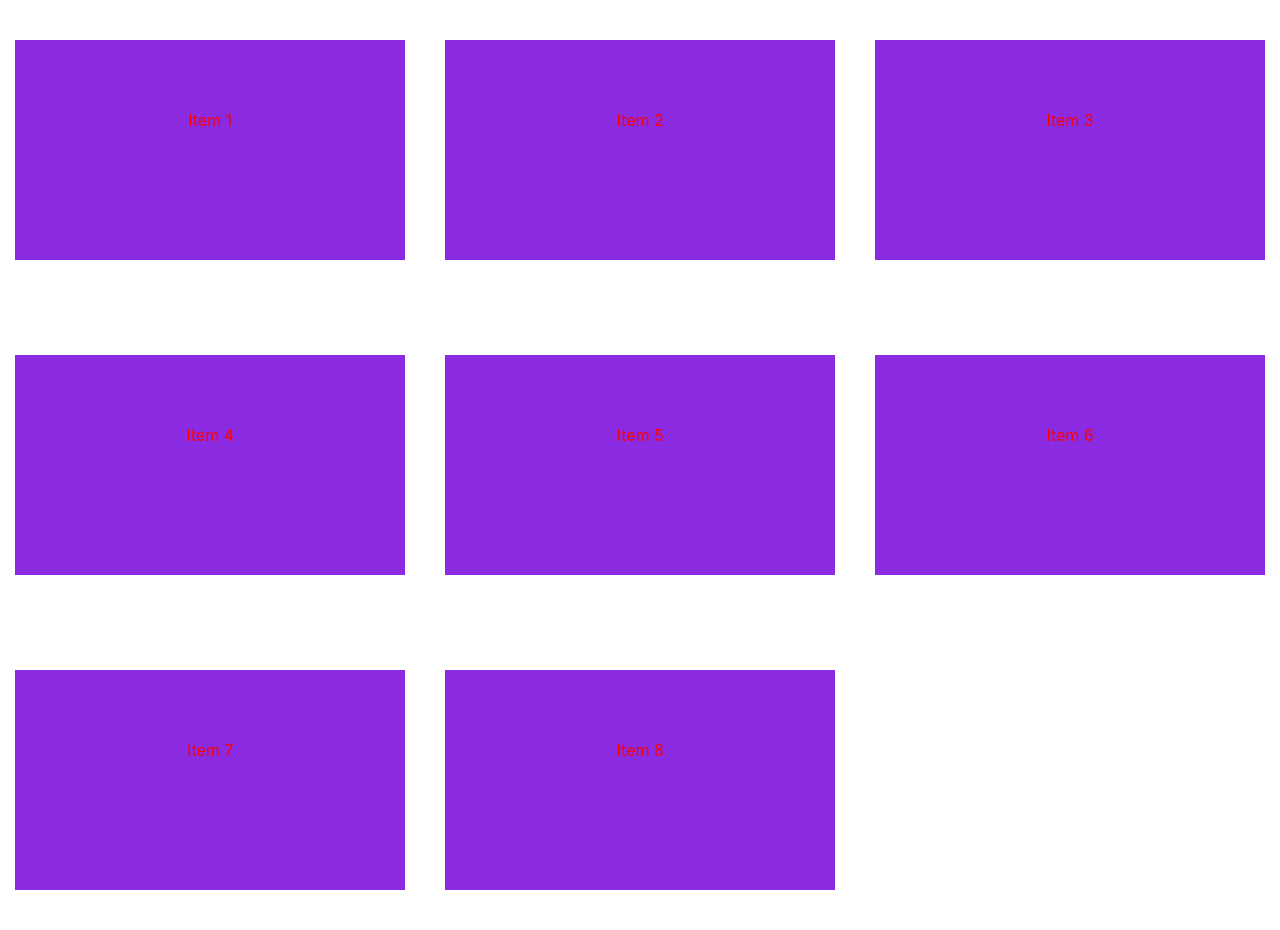
Repository: thai-shriya/anxiety-tracker
Page: /
An editor plug-in stored every save of this project. The page is shown before and after the next save, followed by the edit.
The browser window is 1280 px wide. The pictures show the whole page.
The project was rebuilt for these pictures with package versions that can differ from the ones it lists, and the page was loaded fresh each time.

Above is the page before, as saved 2024-04-22 15:13:56.

After the next save:
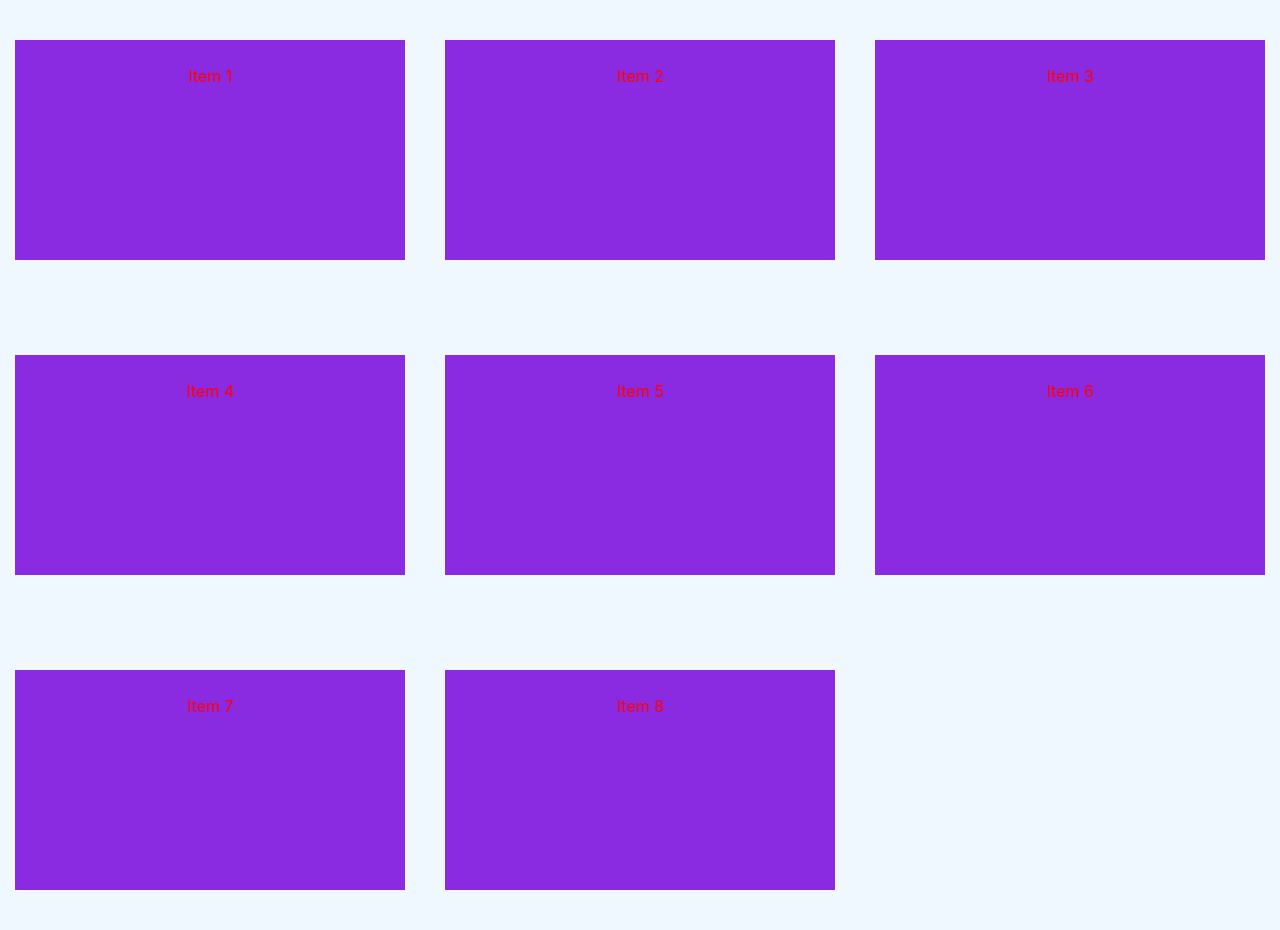
Saved 41 s later.
--- a/src/App.css
+++ b/src/App.css
@@ -4,6 +4,7 @@
   grid-template-rows: auto;
   column-gap: 10px;
   row-gap: 15px;
+  background-color:aliceblue
 }
 
 .grid-item{
@@ -17,5 +18,4 @@
 
 .grid-item p{
   color: red;
-  margin-top: 60px;
 }
